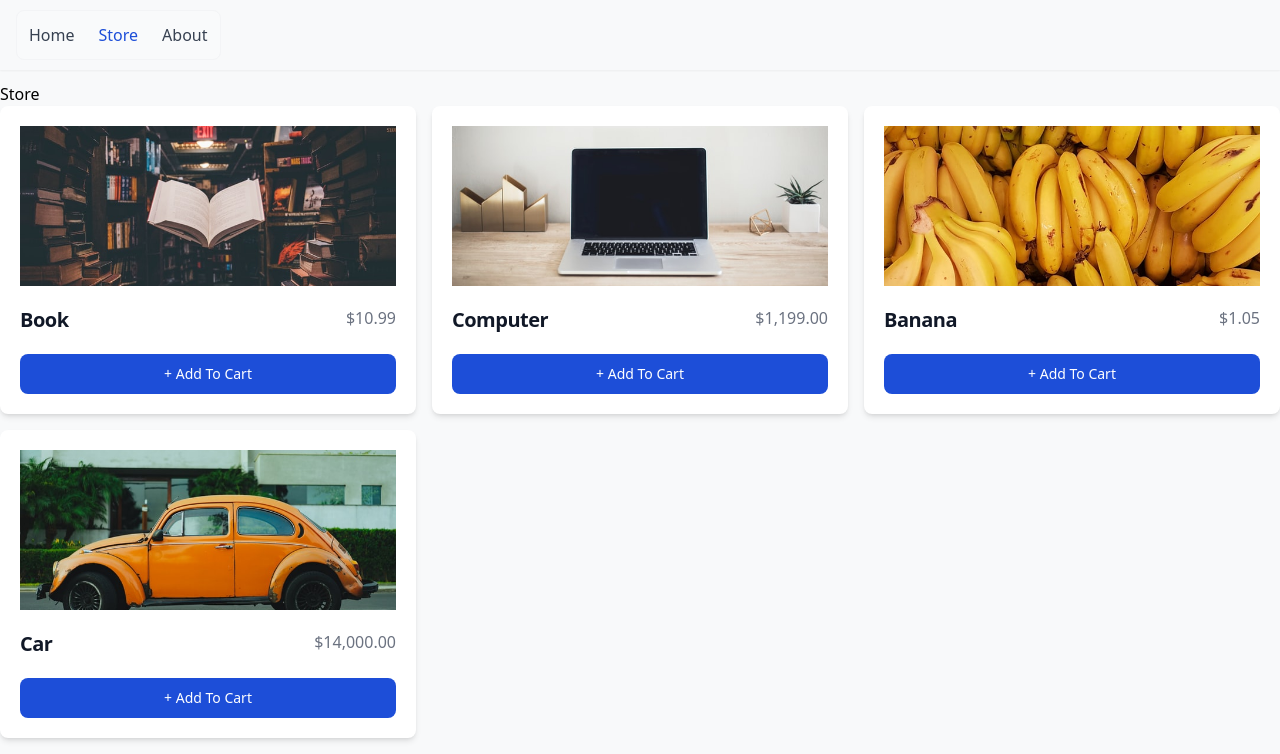
Repository: ducanhaep/react-ts-shopping-cart
Page: /store
The author's editor kept a copy of each file at every save. The page is drawn from the files as they stood at one save, then again after the next save.
The browser window is 1280 px wide. The pictures show the whole page.
The project was rebuilt for these pictures with package versions that can differ from the ones it lists, and the page was loaded fresh each time. Also part of the build but not shown: vite.config.ts, src/pages/About.js, src/pages/Home.js.

Above is the page before, as saved 2023-01-12 00:38:59.

After the next save:
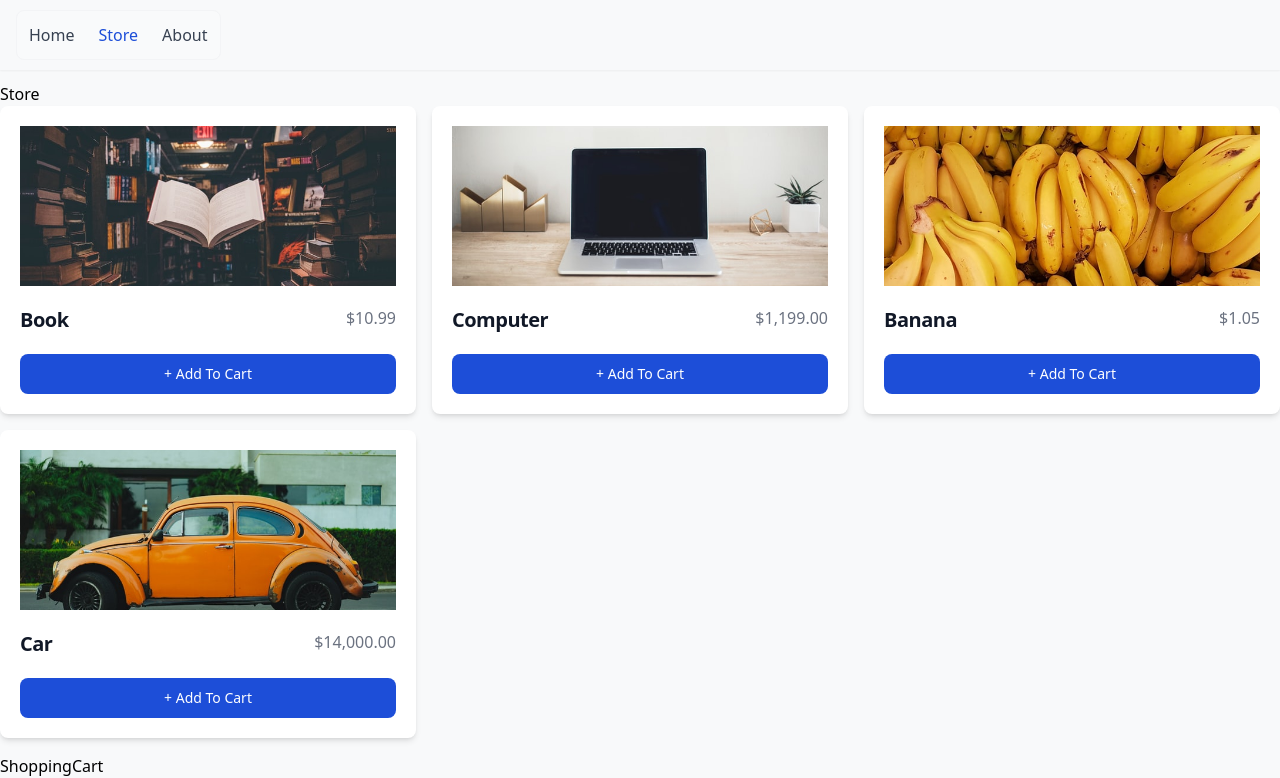
Saved 20 s later.
--- a/src/context/ShoppingCartContext.tsx
+++ b/src/context/ShoppingCartContext.tsx
@@ -1,4 +1,5 @@
 import { useContext, createContext, ReactNode, useState } from "react";
+import { ShoppingCart } from "../components/ShoppingCart";
 
 interface ShoppingCartProviderProps {
   children: ReactNode;
@@ -85,6 +86,7 @@ export function ShoppingCartProvider({ children }: ShoppingCartProviderProps) {
       }}
     >
       {children}
+      <ShoppingCart />
     </ShoppingCartContext.Provider>
   );
 }
